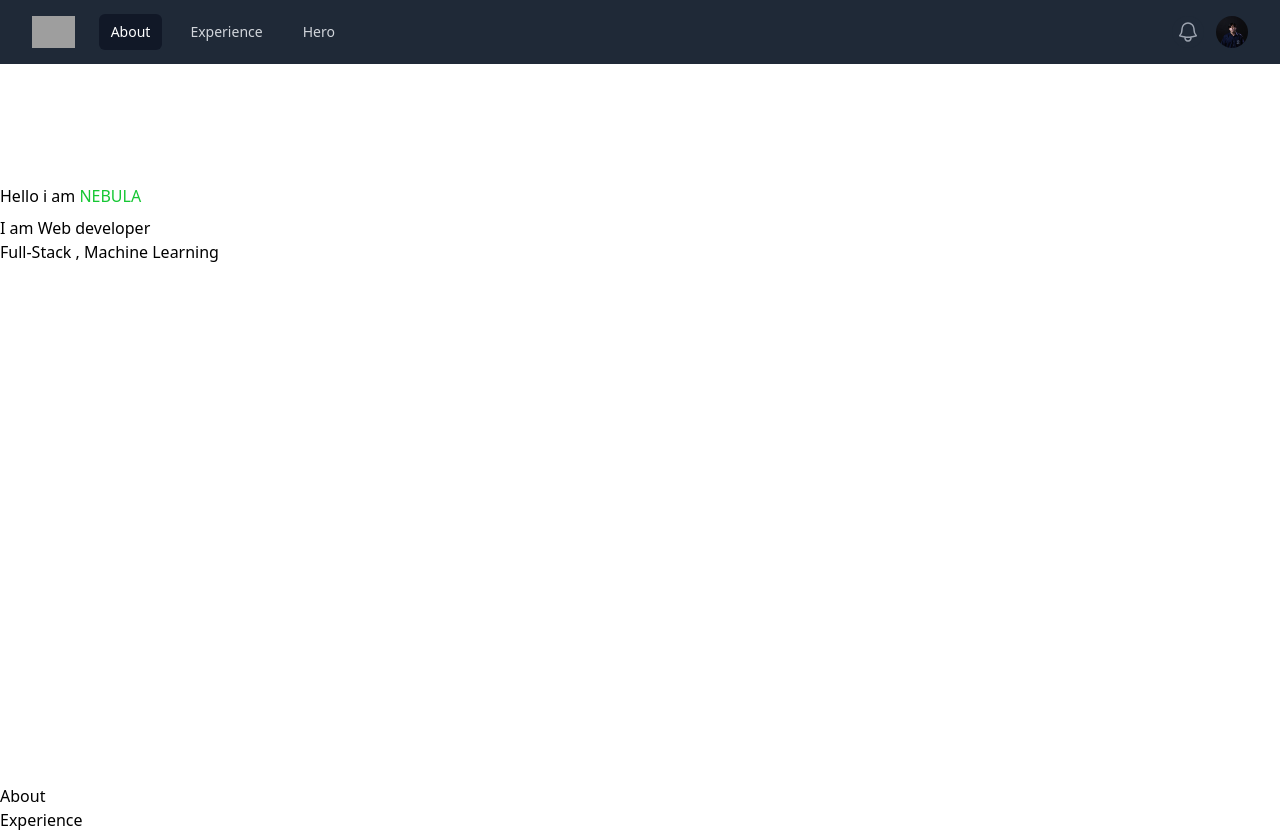
Repository: supakorn5039-boon/React-f
Page: /
These files come from the project's save history. The page is drawn as it stood at one moment and after the next save; the edit follows.
The browser window is 1280 px wide. The pictures show the whole page.
Pictures or frames that could not be fetched are drawn as grey boxes. The project was rebuilt for these pictures with package versions that can differ from the ones it lists, and the page was loaded fresh each time. Also part of the build but not shown: vite.config.js.

Above is the page before, as saved 2024-01-09 10:55:29.

After the next save:
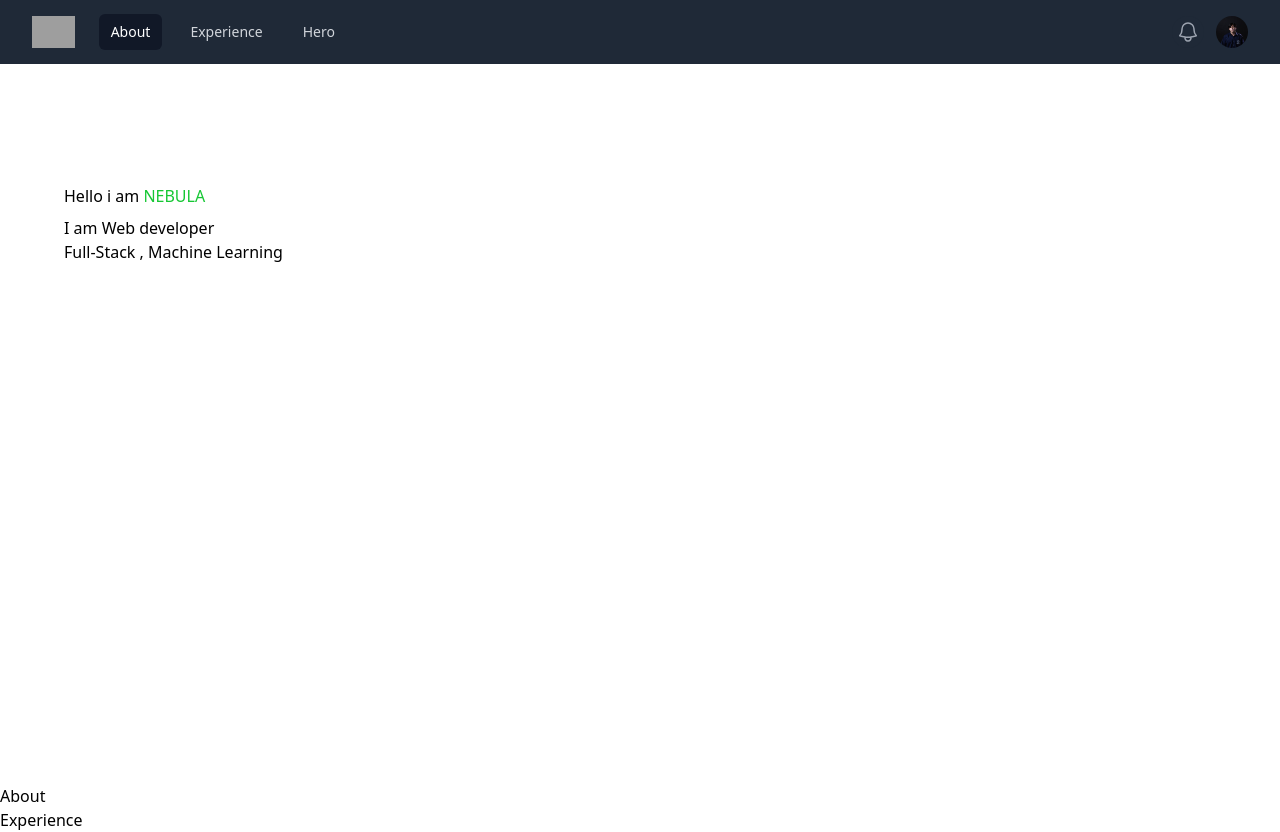
Saved 6 s later.
--- a/src/components/Hero.jsx
+++ b/src/components/Hero.jsx
@@ -1,7 +1,7 @@
 export default function Hero() {
   return (
     <section className="relative w-full h-screen mx-auto bg-lufy ">
-      <div className="absolute inset-0 top-[120px] mx-w-7xl mx-auto ">
+      <div className="absolute inset-0 top-[120px] mx-w-7xl mx-auto sm:px-16 px-6 flex">
         <div>
           <h1 className="heroHeadText">
             Hello i am <span className="text-[#16c734]">NEBULA</span>
